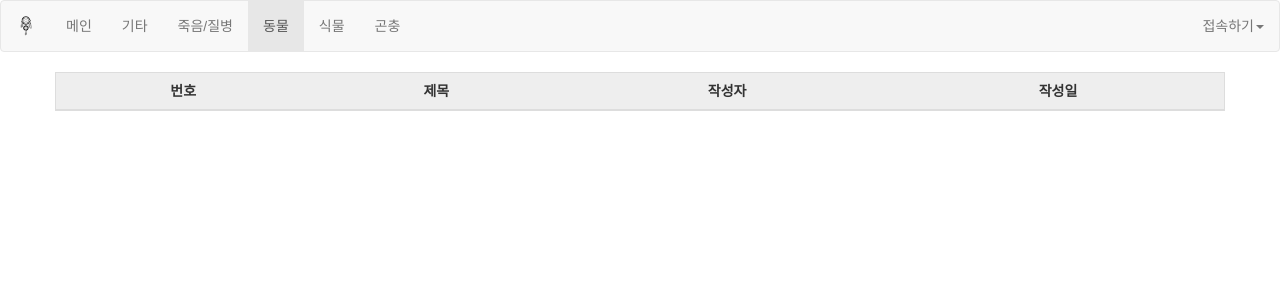
Repository: tjshee39/-1-2
Page: http://localhost/BBS/bbsAnimal.jsp
An editor plug-in stored every save of this project. The page is shown before and after the next save, followed by the edit.
The browser window is 1280 px wide. The pictures show the whole page.
Some web fonts or font styles are not loaded; a fallback is used. The page is served by Tomcat 9. Queries for data that is not in the repository find no rows.

Above is the page before, as saved 2020-07-01 10:12:03.

After the next save:
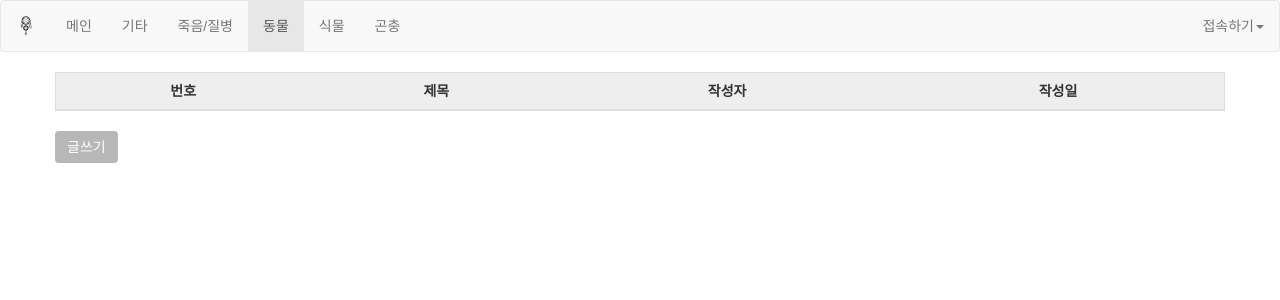
Saved 39 s later.
--- a/project/BBS/WebContent/bbsAnimal.jsp
+++ b/project/BBS/WebContent/bbsAnimal.jsp
@@ -140,17 +140,15 @@
 				<%
 					if (session.getAttribute("userID") == null) {
 						userID = "not null";
+				%>
+				<button class="btn btn-primary purll-right"
+					onclick="if(confirm('권한이 없습니다.'))location.history.back();" type="button"
+					style="background-color:#b7b7b7; border:0;">글쓰기</button>
+				<%
 					} else if (session.getAttribute("userID").equals("관리자")) {
 				%>
 					<a href="writeAnimal.jsp" class="btn btn-primary pull-right"
 					style="background-color:#b7b7b7; border:0;">글쓰기</a>
-				<%
-					} else  {
-				%>
-
-				<button class="btn btn-primary purll-right"
-					onclick="if(confirm('권한이 없습니다.'))location.history.back();" type="button"
-					style="background-color:#b7b7b7; border:0;">글쓰기</button>
 				<%
 					}
 				%>
